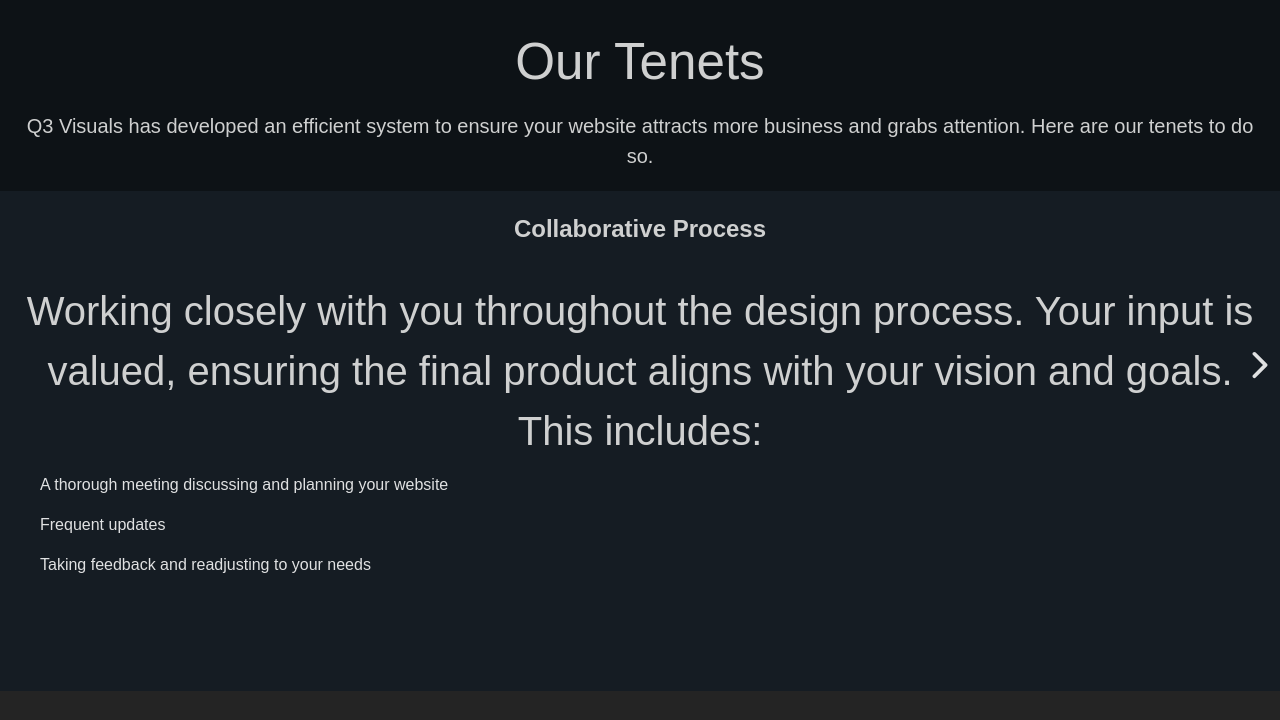
Repository: TMuse333/quantumDesigns
Page: /process
An editor plug-in stored every save of this project. The page is shown before and after the next save, followed by the edit.
The browser window is 1280 px wide. The pictures show the whole page.
The project was rebuilt for these pictures with package versions that can differ from the ones it lists, and the page was loaded fresh each time. Also part of the build but not shown: vite.config.js, src/styles/navbar.css, src/components/navbar.jsx, src/styles/herobanner.css, src/components/Herobanner.jsx, src/components/intro.jsx, src/styles/tenets.css, src/components/tenets.jsx and 8 more.

Above is the page before, as saved 2023-12-16 19:29:07.

### index.html
<!doctype html>
<html lang="en">
  <head>
    <meta charset="UTF-8" />
    <link rel="icon" type="image/svg+xml" href="/vite.svg" />
    <link rel="preconnect" href="https://fonts.googleapis.com">
<link rel="preconnect" href="https://fonts.gstatic.com" crossorigin>
<link href="https://fonts.googleapis.com/css2?family=Noto+Sans+Linear+A&display=swap" rel="stylesheet" integrity="your-integrity-value" crossorigin="anonymous">

<link rel="preconnect" href="https://fonts.googleapis.com">
<link rel="preconnect" href="https://fonts.gstatic.com" crossorigin>
<link href="https://fonts.googleapis.com/css2?family=Noto+Sans+Linear+A&family=Open+Sans:ital@1&display=swap" rel="stylesheet">
<link rel="stylesheet" href="https://fonts.googleapis.com/css2?family=Roboto:wght@400;700&display=swap">


    <meta name="viewport" content="width=device-width, initial-scale=1.0" />
    <title>Vite + React</title>
  </head>
  <body>
    <div id="root"></div>
    <script type="module" src="/src/main.jsx"></script>
  </body>
</html>

### src/main.jsx
import './index.css'
import * as React from 'react';
import { StrictMode } from 'react';
import { createRoot } from 'react-dom/client';
import { BrowserRouter } from 'react-router-dom';

import App from './App';

const rootElement = document.getElementById('root');
const root = createRoot(rootElement);

root.render(
  <StrictMode>
    <BrowserRouter>
      <App />
    </BrowserRouter>
  </StrictMode>
);

### src/index.css
:root {
  font-family: Inter, system-ui, Avenir, Helvetica, Arial, sans-serif;
  line-height: 1.5;
  font-weight: 400;

  color-scheme: light dark;
  color: rgba(255, 255, 255, 0.87);
  background-color: #242424;

  font-synthesis: none;
  text-rendering: optimizeLegibility;
  -webkit-font-smoothing: antialiased;
  -moz-osx-font-smoothing: grayscale;
}

html{
  overflow-x: hidden;
}

a {
  font-weight: 500;
  color: #646cff;
  text-decoration: inherit;
}
a:hover {
  color: #535bf2;
}

body {
  margin: 0;
  padding:0;
  display: flex;
  place-items: center;
  min-width: 100vw;
  min-height: 100vh;
  overflow-x: hidden;
}

h1 {
  font-size: 3.2em;
  line-height: 1.1;
}

button {
  border-radius: 8px;
  border: 1px solid transparent;
  padding: 0.6em 1.2em;
  font-size: 1em;
  font-weight: 500;
  font-family: inherit;
  background-color: #1a1a1a;
  cursor: pointer;
  transition: border-color 0.25s;
}
button:hover {
  border-color: #646cff;
}
button:focus,
button:focus-visible {
  outline: 4px auto -webkit-focus-ring-color;
}

### src/App.jsx
import { useState } from 'react'
import { Link } from 'react-router-dom'



import './App.css'
import Navbar from './components/navbar'
import Layout from './components/layout'
import Testimonials from "./components/testimonials";
import {
  BrowserRouter as Router,

  Route, Routes

} from "react-router-dom";
import Process from './components/process'

function App() {
  const [count, setCount] = useState(0)

  return (
    <>

    <Routes>

      <Route path='/'
      element={<Layout/>}
      />

      <Route path='process' element={<Process/>}>

      </Route>


    </Routes>




     </>
  )
}

export default App

### src/App.css
#root {
  max-width: 1280px;
  margin: 0 auto;

  text-align: center;
}

:root{
  /* --primary-color:rgb(5, 23, 111); */
  --tag-color:rgb(10, 9, 17);
  --primary-color:rgb(13, 18, 22);
}

.layout{
  width:100vw;
  margin-top: -5rem;
  position: absolute;
  left:0;
  top:120px;
  background-color: var( --primary-color);
  /* overflow-x: hidden; */

}

.before-title-text{
 font-weight: bold;
 margin-bottom: -0.5rem;
}

.bold-700{
  font-weight: 700;
}

.title-text{
  width:100vw;
  font-weight: 350;
  /* font-size: 35px; */
  margin-bottom: 0.1rem;

  margin-bottom: 1rem;
  font-family: 'spartan',sans-serif;
  color:#cfd0d0;

}

.description-text{
  padding: 0 15px 0 15px;
    font-family: 'Palatino Sans', 'Palatino Sans Informal', 'Palatino Sans Text', 'Palatino Sans W1G', 'Palatino Sans W01', sans-serif;
font-weight: 300;
font-size: 20px;
color:#cfd0d0

}

.button {
  display: inline-block;
  padding: 12px 24px;
  font-size: 16px;
  font-weight: bold;
  text-align: center;
  text-decoration: none;
  cursor: pointer;
  border: 2px solid #00bfff; /* Quantum blue color */
  color: #00bfff;
  background-color: transparent;
  border-radius: 8px;
  transition: background-color 0.3s ease, color 0.3s ease;
  width:max-content;
  margin-left: auto;
  margin-right: auto;
  margin-bottom: 3rem;
}

.button:hover {
  background-color: #00bfff; /* Quantum blue color on hover */
  color: #fff; /* White text on hover */
}

### src/components/process.jsx
import React from "react";
import { useState } from "react";
import '../styles/process.css'
import { tenets } from "./skillDesc";
import { IoIosArrowBack, IoIosArrowForward } from 'react-icons/io';
import { motion, AnimatePresence } from "framer-motion";

const Process = () => {
    const [currentTenet, setCurrentTenet] = useState(0);

    const nextTenet = () => {
        setCurrentTenet((prevIndex) => (prevIndex + 1) % tenets.length);
    };

    const prevTenet = () => {
        setCurrentTenet((prevIndex) => (prevIndex - 1 + tenets.length) % tenets.length);
    };

    return (
        <div className="process-container">
            <h1 className="title-text">Our Tenets</h1>
            <p className="description-text">
                Q3 Visuals has developed an
                efficient system to ensure your website
                attracts more business and grabs attention.
                Here are our tenets to do so.
            </p>


            <div className="arrow-container">
                <IoIosArrowBack className="arrow arrow-left" onClick={prevTenet} />
                <div className="tenet">

                    <AnimatePresence>


                    <motion.h2 key={currentTenet}
                    initial={{ opacity: 0,x: -10 }}
                    animate={{ opacity: 1, x:0 }}
                     exit={{ opacity: 0 }}
                     className="title-text bold-700 tenet-title">{tenets[currentTenet].name}
                    </motion.h2>
                    </AnimatePresence>
                    <p className="description-text tenet-desc">{tenets[currentTenet].description}</p>
                    <ul className="points">
                {tenets[currentTenet].points.map((point, index) => (
                    <li key={index}>{point}</li>
                ))}
            </ul>
                </div>
                <IoIosArrowForward className="arrow arrow-right" onClick={nextTenet} />
            </div>
        </div>
    );
};

export default Process;

### src/styles/testimonial.css
.testimonial-container{
    width:100vw;
    background-color: var(--primary-color);
 padding-bottom: 4rem;
 margin-top: -2rem;
    position: relative;

    /* border: 2px solid white; */
}

.testimonial {
    background-color: black;
    padding-left: 1rem;
    text-align: left;
    padding-bottom: 40px;
    width:80vw;
   display: flex;
   flex-direction: column;
   margin-left: auto;
   margin-right: auto;

}

.quote{

    font-weight: bold;
    font-size: 30px;
}

.effect{
    font-weight: 500;
    font-family: 'spartan',sans-serif;
    font-size: 20px;
}

.author {
    margin-top: 0rem;
    font-weight: bold;
    font-size:20px;
}

.title{
    margin-top: -1rem;
    font-size:20px;
}

.arrow-container{
    display: flex;
}

.arrow{
    position: absolute;
    top:50%;
    font-size: 40px;
}

.arrow-right{
    right:0;
}

.deliver{
    font-size: 30px;
}

### src/components/skillDesc.js
export const tenets = [
    {
        name: "Collaborative Process",
        description: "Working closely with you throughout the design process. Your input is valued, ensuring the final product aligns with your vision and goals."+
        " This includes:",
        points:[
            'A thorough meeting discussing and planning your website',
            'Frequent updates',
            'Taking feedback and readjusting to your needs'
        ]
    },
    {
        name: "Appealing Design",
        description: "Crafting visually captivating and one-of-a-kind designs that reflect the uniqueness of your brand. We prioritize creativity to make your website stand out.",
        points:[
            'Animations to enhance user experience while maintaining simplicity',
            'Emphasizing key words with bold font styles',
            'Infusing dynamic visuals and persuasive typography for get more business.'
        ]
    },

    {
        name: "Primal Human Instincts",
        description: "Q3 Visuals implements techniques based on fundamental aspects of human psychology "+
        'to give your website the highest probability of succeeding. This includes, but certainly not limited to:',
        points:[
            'Visual appeal: Humans are visually oriented beings',
            'Using persuasive typography to create a sense of urgency',
            'Using testimonials as social proof, as humans are drawn to be in groups',

        ]
    },
    {
        name: "3D Models",
        description: "Incorporating dynamic 3D models to enhance the visual appeal of your website. This adds a layer of interactivity and engages visitors in a unique and immersive experience.",
        points:[
            'A thorough meeting discussing and planning your website',
            'Frequent updates',
            'Taking feedback and readjusting to your needs'
        ]
    },

];


export const testimonials = [
    {
        quote: 'He exceeded our expectations!',
        effect: 'Quantum Designs transformed our vision into a stunning website. They are responsive, creative, and delivered beyond our expectations.',
        author: 'Jane Doe',
        title: 'Satisfied Client'
    },
    {
        quote: 'Innovative and highly skilled team!',
        effect: 'Working with Quantum Designs was a game-changer for our online presence. Their innovative approach and technical expertise are commendable.',
        author: 'John Smith',
        title: 'Tech Enthusiast'
    },
    {
        quote: 'Reliable and professional service!',
        effect: 'Quantum Designs provided a reliable and professional service. They were attentive to our needs and delivered a website that truly represents our brand.',
        author: 'Emily Johnson',
        title: 'Business Owner'
    },
];

### src/styles/process.css
.process-container{
    width:100vw;
    background-color: var(--primary-color);
    position:absolute;
    top:0;
    left:0;

}

.points{
    position: absolute;
    top:250px
}

.points li {
    list-style: none;
    margin-top: 1rem;
    text-align: left;
 font-family: 'spartan',sans-serif;
}

.tenet-title{
      position: absolute;
      top:0px;

}

.tenet-desc{
    position: absolute;
    top:50px;
    font-size: 2.5rem;
}

.tenet{
   background-color: rgb(21, 28, 35);
   position: relative;
   height:500px;
   width:100vw
}

### src/styles/intro.css
.intro-container{
    width:100vw;
    display: flex;
    flex-direction: column;
    background-color: var(--primary-color);


}

.intro {
    width:100vw;
    font-weight: 350;
    font-size: 35px;
    margin-bottom: 0.1rem;
    margin-top: 1rem;

}

.bold-700{
    font-weight: 700;
}

.intro-end{
    margin-top: 0rem;
    padding:0 10px 0 10px;
    font-weight: 550;
    font-family: 'spartan',sans-serif;
    color:#cfd0d0;

}





.intro-container p{

}

After the next save:
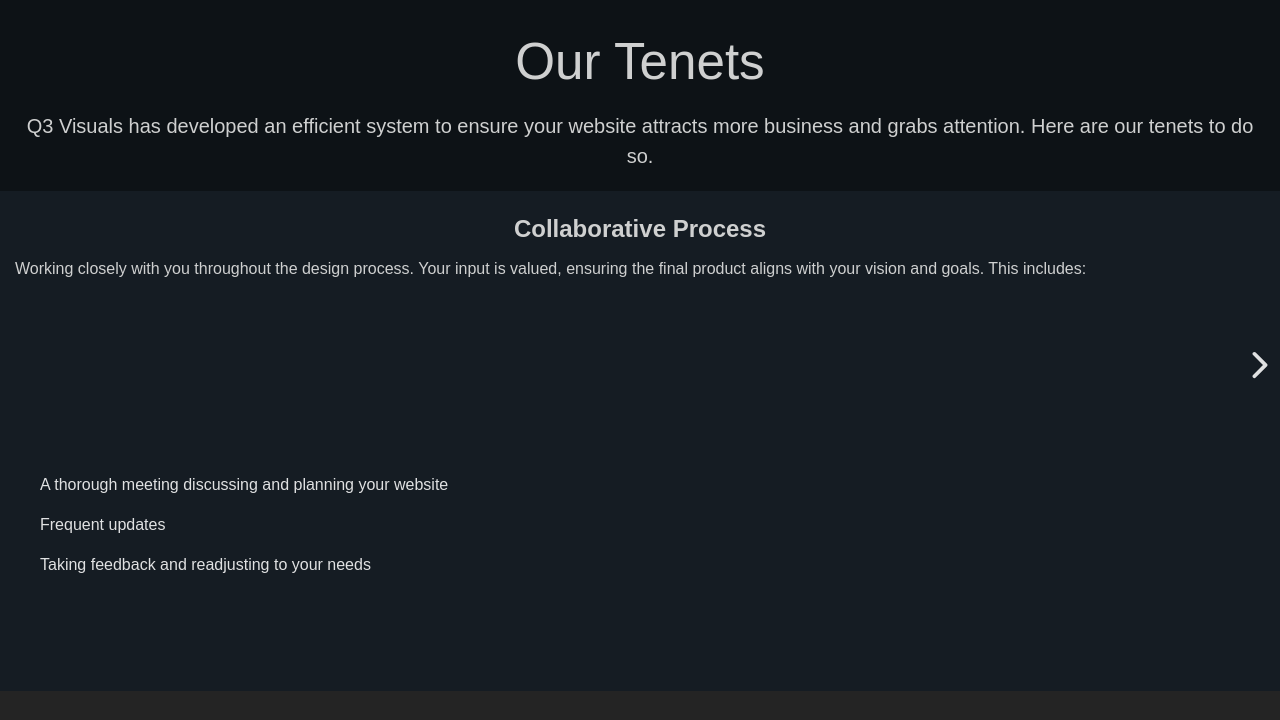
Saved 4 s later.
--- a/src/styles/process.css
+++ b/src/styles/process.css
@@ -28,7 +28,7 @@
 .tenet-desc{
     position: absolute;
     top:50px;
-    font-size: 2.5rem;
+    font-size: 1rem;
 }
 
 .tenet{
